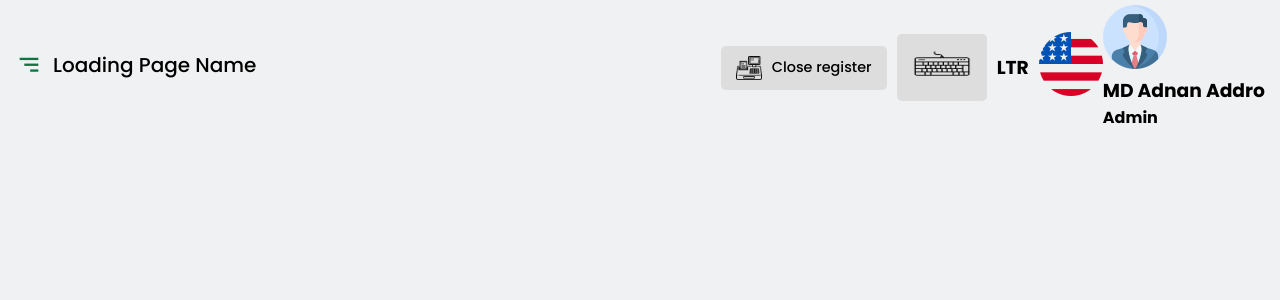
Repository: codebyaddro/pos-navbar
Page: index.html
These files come from the project's save history. The page is drawn as it stood at one moment and after a run of saves; the edit follows.
The browser window is 1280 px wide. The pictures show the whole page.

Above is the page before, as saved 2025-02-13 16:05:10.

### index.html
<!DOCTYPE html>
<html lang="en">
<head>
    <meta charset="UTF-8">
    <meta name="viewport" content="width=device-width, initial-scale=1.0">
    <!-- CSS -->
    <link rel="stylesheet" href="/css/style.css">
    <!-- Icons -->
    <link href='https://unpkg.com/boxicons@2.1.4/css/boxicons.min.css' rel='stylesheet'>
    <title>Navbar - Block</title>
</head>
<body style="background-color: #f0f1f2;">
    <nav class="cba-nav-container">
        <div class="cba-nav-side-menu-toggle-icon-loading-pagename">
            <div class="cba-nav-side-menu-toggle-icon">
                <!-- toggle first icon -->
                <i class='t-icon-open bx bx-menu-alt-right' id="iconDisplay" onclick="toggleIcon()"></i>
                <!-- toggle second icon -->
                <!-- <i class='t-icon-close bx bx-menu-alt-left' id="iconDisplay" onclick="toggleIcon()"></i> -->
                <!--todo: one of the toggle icon should be commented-->
            </div>
            <div class="cba-nav-loading-pagename">
                <h3>Loading Page Name</h3>
            </div>
        </div>
        <div class="cba-nav-features-user-logo-name">
            <div class="cba-nav-features">
                <div class="cba-nav-close-counter">
                    <img src="/img/cash-register.png" alt="cash-register-img">
                    <h3>Close register</h3>
                </div>
                <div class="cba-nav-keyboard-shortcut"><!--! hgh-->
                    <img src="/img/computer-keyboard.png" alt="keyboard-img">
                </div>
                <div class="cba-nav-ltr-rtl-switch">
                    <h3><span id="text">LTR</span></h3>
                </div>
                <div class="cba-nav-lang-switch" onclick="toggleImage()">
                    <img src="/img/united-states.png" title="English" alt="united-state-flag" id="image">
                </div>
            </div>
            <div class="cba-nav-user-logo-name">
                <div class="cba-nav-user-logo">
                    <img src="/img/User.png" alt="user-img">
                </div>
                <div class="cba-nav-user-name">
                    <div class="cba-nav-user-name">
                        <h3>MD Adnan Addro</h3>
                    </div>
                    <div class="cba-nav-user-role">
                        <h4>Admin</h4>
                    </div>
                </div>
            </div>
        </div>
    </nav>
    <!-- Javascript -->
    <script src="/script/main.js"></script>
</body>
</html>

### css/style.css
/* -- fonts -- */
@import url('https://fonts.googleapis.com/css2?family=Poppins:ital,wght@0,100;0,200;0,300;0,400;0,500;0,600;0,700;0,800;0,900;1,100;1,200;1,300;1,400;1,500;1,600;1,700;1,800;1,900&family=Raleway:ital,wght@0,100..900;1,100..900&family=Roboto:ital,wght@0,100;0,300;0,400;0,500;0,700;0,900;1,100;1,300;1,400;1,500;1,700;1,900&family=VT323&display=swap');

/* -- root -- */

:root {
    --gray-white: #F0F1F2; /* For body*/
    --white: #FFFFFF;
    --black: #000000;
    --gray-black: #DDDDDD;
    --light-black: #212523;
    --light-black-op: #21252350;
    --main-green: #157343;
    --main-light: #37A000;
    --light-orange: #FD7E14;
    --green: #008000;
    --light-green: #e9f6ec;
    --red: #FF0000;
    --light-red: #fbeaec;
}

/* -- universal style -- */

* {
    margin: 0;
    padding: 0;
    box-sizing: border-box;
    font-family: "Poppins", serif;
}

/* -- web app cursor element selection style -- */

::selection {
    color: var(--white);
    background-color: var(--main-light);
}

/* -- nav container style -- */

.cba-nav-container {
    display: flex;
    justify-content: space-between;
    align-items: center;
    padding: 5px 15px;
}

/* -- nav side menu toggle icon and loading pagename style -- */

.cba-nav-side-menu-toggle-icon-loading-pagename {
    display: flex;
    gap: 10px;
    align-items: center;
}

/* -- nav side menu toggle icon style -- */

.t-icon-open {
    color: var(--main-green);
    font-size: 1.75rem;
    cursor: pointer;
}

.t-icon-close {
    color: var(--main-green);
    font-size: 1.75rem;
    cursor: pointer;
}

/* -- nav loading pagename style -- */

.cba-nav-loading-pagename h3 {
    color: var(--black);
    font-size: 1.25rem;
    font-weight: 500;
    margin-top: -5px;
}

/* -- nav features and user logo name style -- */

.cba-nav-features-user-logo-name {
    display: flex;
    /* gap: 10px; */
    align-items: center;
}

/* -- nav features style -- */

.cba-nav-features {
    display: flex;
    gap: 10px;
    align-items: center;
}

/* -- nav close counter style -- */

.cba-nav-close-counter {
    display: flex;
    gap: 10px;
    align-items: center;
    background-color: var(--gray-black);
    padding: 10px 15px;
    border-radius: 5px;
    cursor: pointer;
}

.cba-nav-close-counter img {
    height: 24px;
    width: 26px;
    cursor: pointer;
}

.cba-nav-close-counter h3 {
    color: var(--black);
    font-size: 0.9rem;
    font-weight: 500;
}

/* -- nav keyboard shortcut style -- */

.cba-nav-keyboard-shortcut {
    background-color: var(--gray-black);
    padding: 10px 15px;
    border-radius: 5px;
    cursor: pointer;
}

.cba-nav-keyboard-shortcut img {
    height: 40px;
    width: 60px;
}

### script/main.js
// JS function for Side Navigation Bar Toggle

function toggleIcon() {
    let icon = document.getElementById("iconDisplay");

    if (icon.classList.contains("bx-menu-alt-right")) {
        icon.classList.remove("bx-menu-alt-right");
        icon.classList.add("bx-menu-alt-left"); // Change to user alt left icon
    } else {
        icon.classList.remove("bx-menu-alt-left");
        icon.classList.add("bx-menu-alt-right"); // Change back to alt right icon
    }
}

// End of Side Navigation Bar Toggle

After the next 2 saves:
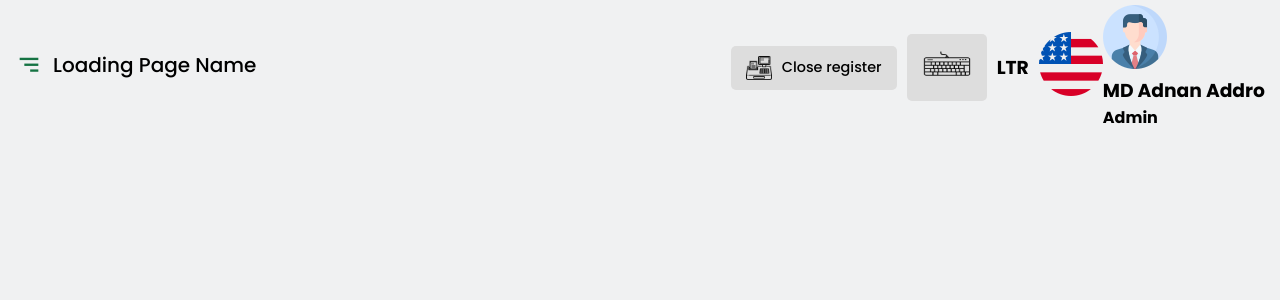
The 2 saves are shown as one change because they came seconds apart.
The last was saved 10 s later.
--- a/css/style.css
+++ b/css/style.css
@@ -126,5 +126,5 @@
 
 .cba-nav-keyboard-shortcut img {
     height: 40px;
-    width: 60px;
+    width: 50px;
 }
